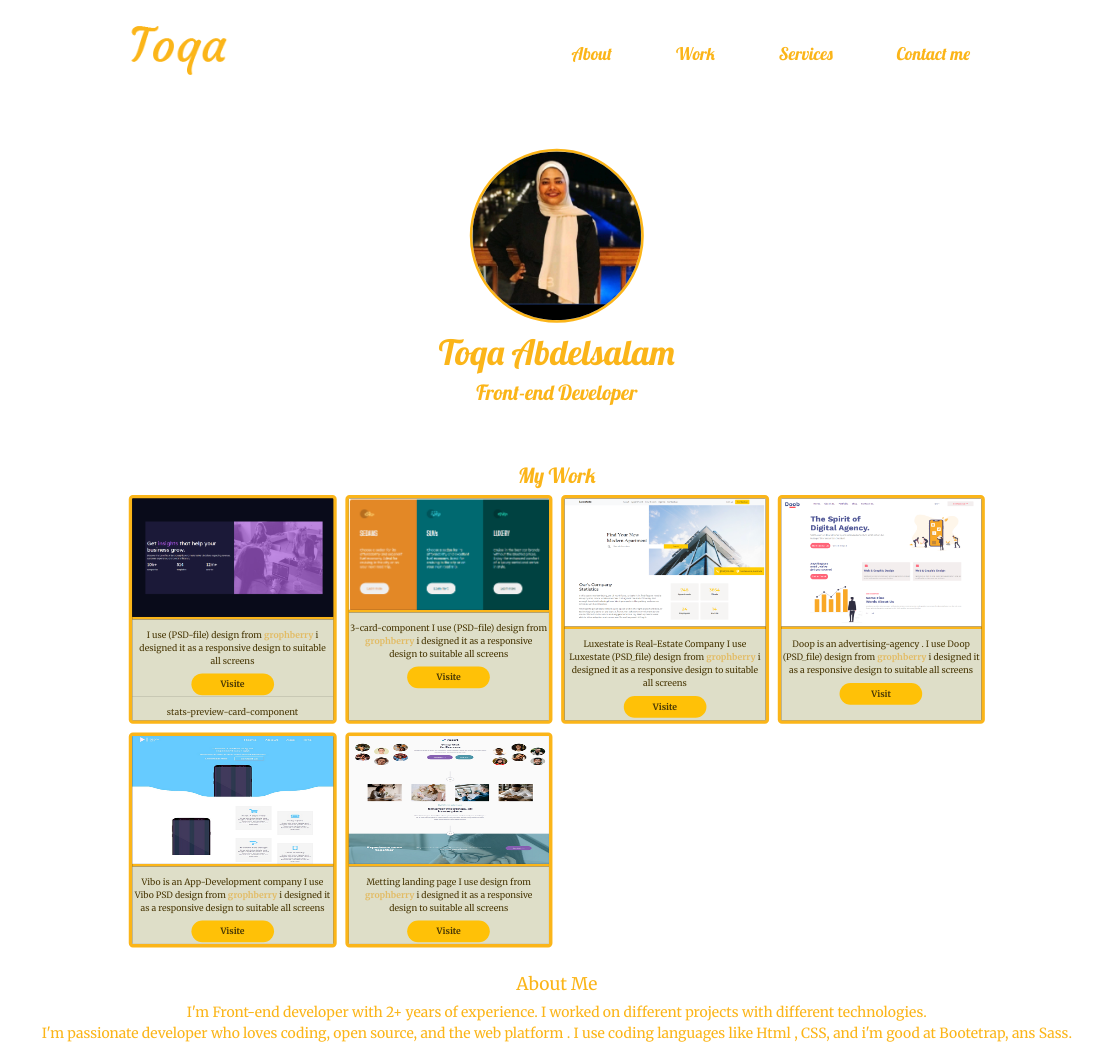
Repository: Toqa-25/portfolio
Page: index.html
These files come from the project's save history. The page is drawn as it stood at one moment and after a run of saves; the edit follows.
The browser window is 1280 px wide. The pictures show the whole page, at 87% of full size.
Some web fonts or font styles are not loaded; a fallback is used.

Above is the page before, as saved 2021-10-31 18:15:20.

### index.html
<!DOCTYPE html>
<html lang="en">
<head>
    <meta charset="UTF-8">
    <meta http-equiv="X-UA-Compatible" content="IE=edge">
    <meta name="viewport" content="width=device-width, initial-scale=1.0">
    <title>Toqa Portfolio</title>
      <!-- bootstrap file -->
      <link rel="stylesheet" href="css/all.min.css">
      <link rel="stylesheet" href="css/bootstrap.css">
      <!-- css file -->
      <link rel="stylesheet" href="css/style.css">
      <!-- fonts -->
      <link rel="preconnect" href="https://fonts.googleapis.com">
<link rel="preconnect" href="https://fonts.gstatic.com" crossorigin>
<link href="https://fonts.googleapis.com/css2?family=Lobster&family=Otomanopee+One&display=swap" rel="stylesheet">
<link rel="preconnect" href="https://fonts.googleapis.com">
<link rel="preconnect" href="https://fonts.gstatic.com" crossorigin>
<link href="https://fonts.googleapis.com/css2?family=Merriweather:ital,wght@0,300;0,400;0,700;0,900;1,300;1,400;1,700;1,900&display=swap" rel="stylesheet">
<link rel="preconnect" href="https://fonts.googleapis.com">
<link rel="preconnect" href="https://fonts.gstatic.com" crossorigin>
<link href="https://fonts.googleapis.com/css2?family=Bebas+Neue&family=Oswald:wght@200;300;400;500;600;700&display=swap" rel="stylesheet">
</head>
<body>
        <!-- header section -->
    <header class="pad">
       <div class="container">
         <div class="header-content">
           <div class="header-logo">
             <img src="images/logo.png" alt="logo">
           </div>
           <div class="bar">
             <svg xmlns="http://www.w3.org/2000/svg" width="35" height="35" fill="#fbb519" class="bi bi-list" viewBox="0 0 16 16">
               <path fill-rule="evenodd" d="M2.5 12a.5.5 0 0 1 .5-.5h10a.5.5 0 0 1 0 1H3a.5.5 0 0 1-.5-.5zm0-4a.5.5 0 0 1 .5-.5h10a.5.5 0 0 1 0 1H3a.5.5 0 0 1-.5-.5zm0-4a.5.5 0 0 1 .5-.5h10a.5.5 0 0 1 0 1H3a.5.5 0 0 1-.5-.5z"/>
             </svg>
              <ul class="hidden-list unlist list">
              <li>About</li>
              <li>Work</li>
              <li>Services</li>
              <li>Contact me</li>
              <li>Reviews</li>
            </ul>
           </div>
           <div class="header-nav">
             <ul class="list unlist">
                 <li>About</li>
                 <li>Work</li>
                 <li>Services</li>
                 <li>Contact me</li>
                 <!-- <li>Reviews</li> -->
             </ul>

           </div>
         </div>
         </div>
        </header><!-- end header section -->
        <!-- information  section -->
    <section  class="inform pad">
      <div class="main-inform " role="main">
        <div class="inform-info">
        <img src="images/toqa.jpg" alt=""><br>
        <h1>Toqa Abdelsalam</h1>
        <h4>Front-end Developer</h4>
      </div>
      </div>
    </section> <!-- end information  section -->

      <!-- my-work  section -->
      <section class="pad work">
        <div class="container">
          <h4 class="work-head">My Work</h4>
          <div class="work-content">
      <div class="project card" role="menu">
        <div class="card-img">
          <img src="images/toqa-25.github.io_stats-preview-card-component-main_.png" alt="">
        </div>
        <div class="card-info">
          <p class="card-inf-text"> I use  (PSD-file) design from <span> <a href="https://www.frontendmentor.io/">grophberry</a></span>
        i designed it as a responsive design to suitable all screens <br>
        <button><a href="https://toqa-25.github.io/stats-preview-card-component-main/">Visite</a></button>
        </p>
        </div>
        <p>stats-preview-card-component
 </div>
      <div class="project card" role="menu">
        <img src="images/toqa-25.github.io_3-cards-component3_.png" alt="">
        <p>3-card-component
      I use (PSD-file) design from <span> <a href="https://www.frontendmentor.io/">grophberry</a></span>
  i designed it as a responsive design to suitable all screens <br>
  <button><a href="https://toqa-25.github.io/3-cards-component/">Visite</a></button>
 </p>
 </div>
      <div class="project card" role="menu">
          <img src="images/destop-luxestate - Copy (1).png" alt="">
          <p>Luxestate is Real-Estate Company
        I use Luxestate (PSD_file) design from <span> <a href="https://www.graphberry.com/">grophberry</a></span>
    i designed it as a responsive design to suitable all screens <br>
    <button><a href="https://toqa-25.github.io/luxstate-project-/">Visite</a></button>
   </p>
   </div>
      <div class="project card" role="menu">
          <img src="images/web_design.png" alt="">
          <p>Doop is an advertising-agency .
        I use Doop (PSD_file) design from <span> <a href="https://www.graphberry.com/">grophberry</a></span>
    i designed it as a responsive design to suitable all screens <br>
    <button><a href="https://toqa-25.github.io/simply-agency/">Visit </a></button>
   </p>
   </div>
      <div class="project card" role="menu">
        <img src="images/Vibo_App(desktop)_toqa-25.github.io2.png" alt="">
          <p>Vibo is an App-Development company
        I use Vibo PSD design from <span> <a href="https://www.graphberry.com/">grophberry</a></span>
    i designed it as a responsive design to suitable all screens <br>
    <button><a href="https://toqa-25.github.io/vibo-app/">Visite</a></button>
   </p>
   </div>
   <div class="project card" role="menu">
    <img src="images/toqa-25.github.io_landing-meeting-page_desktop.png" alt="">
    <p>Metting landing page
  I use  design from <span> <a href="https://www.frontendmentor.io/">grophberry</a></span>
i designed it as a responsive design to suitable all screens <br>
<button><a href="https://toqa-25.github.io/landing-meeting-page/">Visite</a></button>
</p>
</div>
   </div>
   </div>
      </section>

      <section class="section about">

          <h5>About Me</h5>
      <p> I'm Front-end developer with 2+ years of experience. I worked on different projects with different technologies. <br>
       I'm passionate developer who loves coding, open source, and the web platform .
       I use coding languages like Html , CSS, and i'm good at Bootetrap, ans Sass. </p>
      </section>

</body>
</html>

### css/style.css
/*
    public style
***********************
*/
:root{
    --main-color:#fbb519;
    --section-padding:30px;
}
* , *:after , *:before{
    box-sizing: border-box;
    margin: 0;
    padding: 0;
}
body{
    font-family: 'Merriweather', serif;
    color:var(--main-color);
}
.pad{
    padding: var(--section-padding) 0;
}
.container
{
  width: 80%;
  margin:auto;
  padding: 0 20px;
}
 .pad h5{
    text-align: center;
    font-family: 'Lobster';
    margin-bottom: 15px;
 }
 .unlist{
     list-style: none;
 }
/*
    header style
***********************
*/
 header{
    font-family: 'Lobster', cursive;
 }
 .header-content{
    display: flex;
}
.header-logo{
    width:50%;
}
.bar{
    position: relative;
    display: none;
    margin: auto 20px;
     transition: .2s;
     cursor: pointer;
     width: 50%;
    /* text-align: right; */
    justify-content: flex-end;
}
 .header-nav{
   min-width: 50%;
    display: flex;
    justify-content: flex-end;
 }
 .header-nav .list{
     width: 100%;
     display: flex;
     justify-content: space-between;
     align-items: center;
     padding: 17px;
 }
  .list li{
     font-size: 20px;
     transition: .2s;
     -webkit-transition: .2s;
     -moz-transition: .2s;
     -ms-transition: .2s;
     -o-transition: .2s;
     cursor: pointer;
     margin-bottom: 2px;
    }
     .list li:hover{
        border-bottom: 2px solid var(--main-color);
    }
    .hidden-list{
         text-align: center;
         position: absolute;
         width: 120px;
         top: 3px;
         right: -70px;
         background-color: #f5f5dc91;
         padding: 10px;
         border-radius: 25px;
         -webkit-border-radius: 25px;
         -moz-border-radius: 25px;
         -ms-border-radius: 25px;
         -o-border-radius: 25px;
         transition: .2s;
         -webkit-transition: .2s;
         -moz-transition: .2s;
         -ms-transition: .2s;
         -o-transition: .2s;
         visibility: hidden;
         display: none;
}
/* media quary for header*/
 @media (max-width: 991px){
   .header-nav {
      display: none;
  }
  .bar{
      display: flex;
  }
  .bar:hover .hidden-list{
    visibility: visible;
    display: block;
  }
}
/*
    my-information&image style
  ********************************
 */
 .main-inform{
     color: var(--main-color);
    text-align: center;
    height: 300px;
    display: flex;
    align-items: center;
    justify-content: center;
    font-family: 'Lobster', cursive;
}
.main-inform img{
    width: 200px;
    height: 200px;
    border:3px solid;
    border-radius: 50%;
    -webkit-border-radius: 50%;
     -moz-border-radius: 50%;
     -ms-border-radius: 50%;
     -o-border-radius: 50%;
     margin-bottom: 10px;
    }
/*
    my-work style
********************************
*/
.work{
    text-align: center;
}
 .work-content{
    display: grid;
    grid-template-columns:repeat(4,1fr);
    gap:10px;
 }
 .work .work-head{
    text-align: center;
    font-family: 'Lobster';
 }
.card {
    width: 100%;
    height: 100%;
    position: relative;
    display: flex;
    flex-direction: column;
    min-width: 0;
    word-wrap: break-word;
    background-color: black;
    background-clip: border-box;
    border: 4px solid var(--main-color);
    border-radius: 0.3rem;
}

.card img{
    max-width:100%;
    max-height: 150px;
    border-bottom: 3px solid;
}
.card img:hover{
   transform: scale(1.1);
   -webkit-transform: scale(1.1);
   -moz-transform: scale(1.1);
   -ms-transform: scale(1.1);
   -o-transform: scale(1.1);
}
.card p{
    margin-bottom: 1rem;
    background-color: black;
    font-size: 10px;
    padding: 2px;
    margin: 0px;
    margin-top: 0px;
    width: 100%;
    height: 100%;
    text-align: center;
    color:#483705;
    background-color: #f5f5dce8;
    padding-top: 10px;

}
.card p a{
    text-decoration: none;
    color: #e2bc66;
    font-weight: bolder;
}
.card p:hover{

}

.card button{
    width: 95px;
    text-align: center;
    background-color: #ffc107;
    border: none;
    border-radius: 15px;
    padding: 5px;
    margin-top: 7px;
}
.card button:hover{
    width:120px;
    padding: 10px;
}
.card button a{
    text-decoration: none;
    color: #483705;
}

.about{
    text-align: center;

}

/*
           media quary style
    ***************************************
        //extra small devices @media (maxwidth:575px)
        //small devices @media (maxwidth:767px)
        //medium devices @media (maxwidth:991px)
        //large devices @media (maxwidth:1199px)
*/

Loaded but not shown: css/all.min.css (library); css/bootstrap.css (library)

After the next 4 saves:
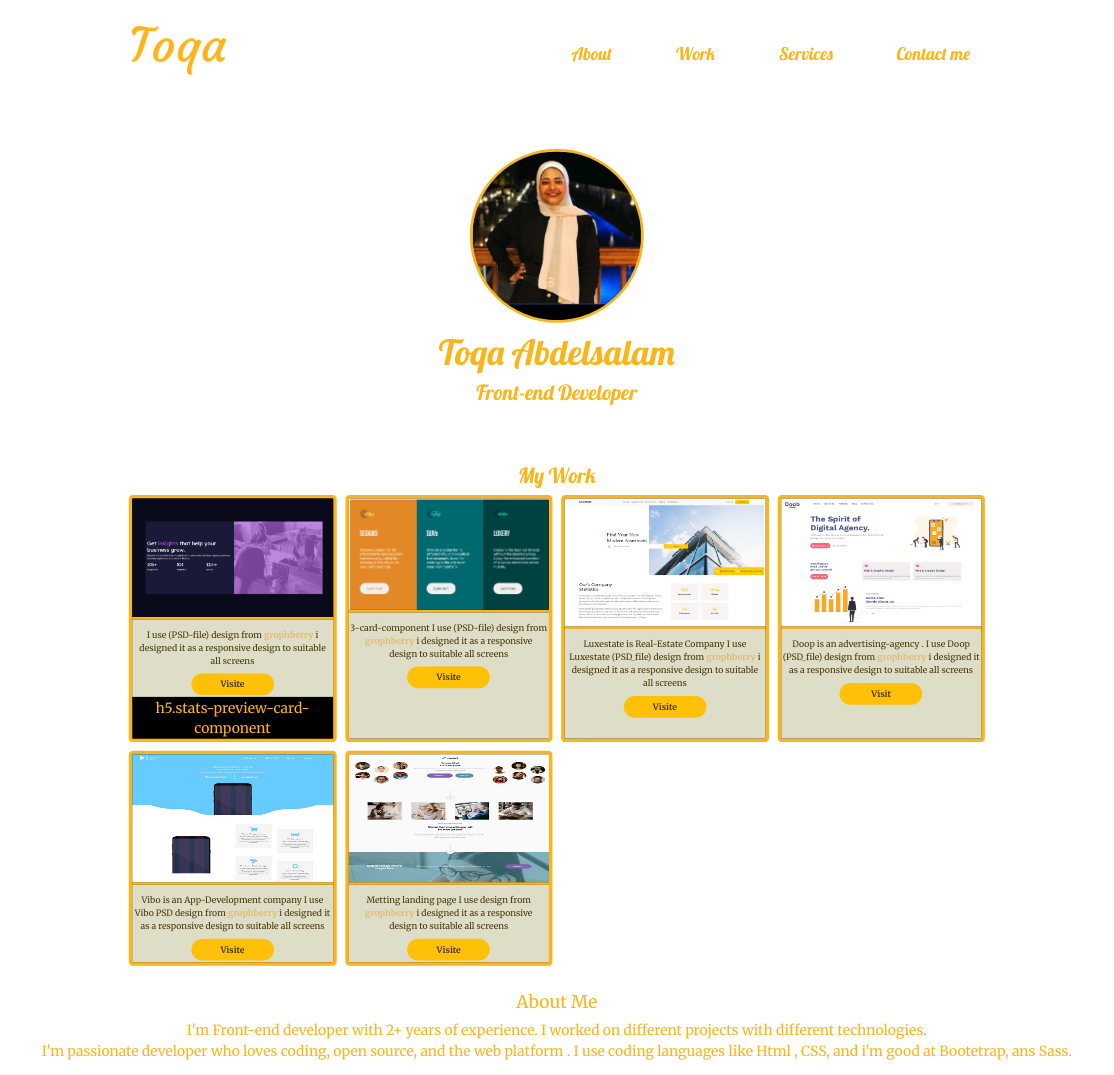
The 4 saves are shown as one change because they came seconds apart.
The last was saved 32 s later.
--- a/index.html
+++ b/index.html
@@ -80,7 +80,7 @@
         <button><a href="https://toqa-25.github.io/stats-preview-card-component-main/">Visite</a></button>
         </p>
         </div>
-        <p>stats-preview-card-component
+        h5.stats-preview-card-component
  </div>
       <div class="project card" role="menu">
         <img src="images/toqa-25.github.io_3-cards-component3_.png" alt="">
